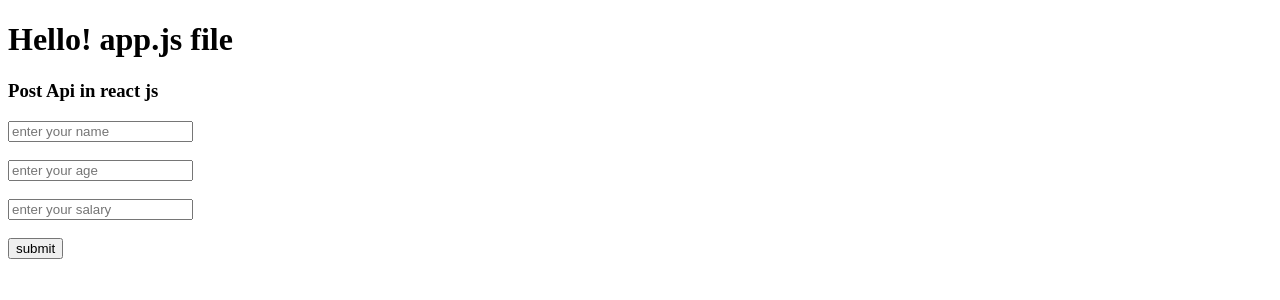
Repository: Gulzarokz/React_Course_Review
Page: / (app in vite-Project/)
The author's editor kept a copy of each file at every save. The page is drawn from the files as they stood at one save, then again after the next save.
The browser window is 1280 px wide. The pictures show the whole page.
The project was rebuilt for these pictures with package versions that can differ from the ones it lists, and the page was loaded fresh each time. Also part of the build but not shown: vite-Project/vite.config.js.

Above is the page before, as saved 2026-04-30 11:31:59.

### vite-Project/index.html
<!doctype html>
<html lang="en">

<head>
  <meta charset="UTF-8" />
  <link rel="icon" type="image/svg+xml" href="/favicon.svg" />
  <meta name="viewport" content="width=device-width, initial-scale=1.0" />
  <title>React js Review</title>
</head>

<body>
  <div id="root"></div>
  <script type="module" src="/src/main.jsx"></script>
</body>

</html>

### vite-Project/src/App.jsx
import { useState } from 'react';
import PostApi from './PostApi';








function App() {
  // const [count, setCount] = useState(0)

  // function getData() {
  //   alert('Hello How are you!')
  // }
  return (
    <>
      <h1>Hello! app.js file</h1>
      <PostApi />












    </>
  )
}
export default App

### vite-Project/src/PostApi.jsx
import React, { useState } from 'react'

const PostApi = () => {
    const [name, setName] = useState("")
    const [age, setAge] = useState("")
    const [salary, setSalary] = useState("")

    const updated = async () => {
        // console.log({ name, age, salary });
        let data = { name, age, salary }
        // fetch("https://cors-anywhere.herokuapp.com/https://dummy.restapiexample.com/api/v1/create", {
        //     method: "POST",
        //     headers: {

        //         "accept": "application/json",
        //         "content-type": "application/json"

        //     },
        //     body: JSON.stringify({
        //         name, age, salary
        //     })
        // }).then((result) => {
        //     console.log(result);

        // })
        const response = await fetch("/api/api/v1/create", {
            method: "POST",
            headers: {
                "Content-Type": "application/json"
            },
            body: JSON.stringify(data)
        });
        // console.log(response);


        const result = await response.json();
        console.log(result);

    }


    return (
        <>
            <h3>Post Api in react js</h3>
            <input
                type="text"
                placeholder='enter your name'
                value={name}
                onChange={(e) => setName(e.target.value)}
            /><br /><br />
            <input
                type="number"
                placeholder='enter your age'
                value={age}
                onChange={(e) => setAge(e.target.value)}
            /><br /><br />
            <input
                type="number"
                placeholder='enter your salary'
                value={salary}
                onChange={(e) => setSalary(e.target.value)}
            /><br /><br />
            <button onClick={updated}>submit</button>
        </>
    )
}

export default PostApi

### vite-Project/src/StyleInReact.jsx
import React from 'react'

const StyleInReact = () => {
    return (
        <>
            <h3>Style in react js (External css)</h3>
            <h3>Style in react js (inline css)</h3>
            <h3>Style in react js (modules css)</h3>
        </>
    )
}

export default StyleInReact

Loaded but not shown: vite-Project/src/main.jsx (common file)

After the next save:
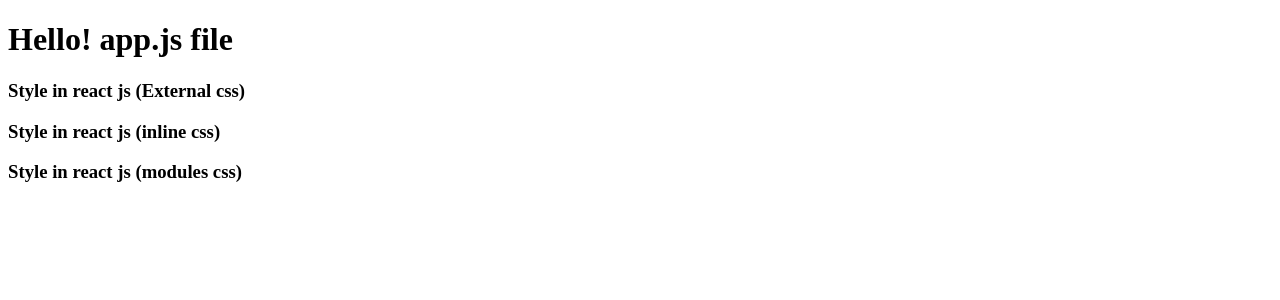
Saved 30 s later.
--- a/vite-Project/src/App.jsx
+++ b/vite-Project/src/App.jsx
@@ -1,5 +1,6 @@
 import { useState } from 'react';
 import PostApi from './PostApi';
+import StyleInReact from './StyleInReact';
 
 
 
@@ -17,7 +18,7 @@ function App() {
   return (
     <>
       <h1>Hello! app.js file</h1>
-      <PostApi />
+      <StyleInReact />
 
 
 
